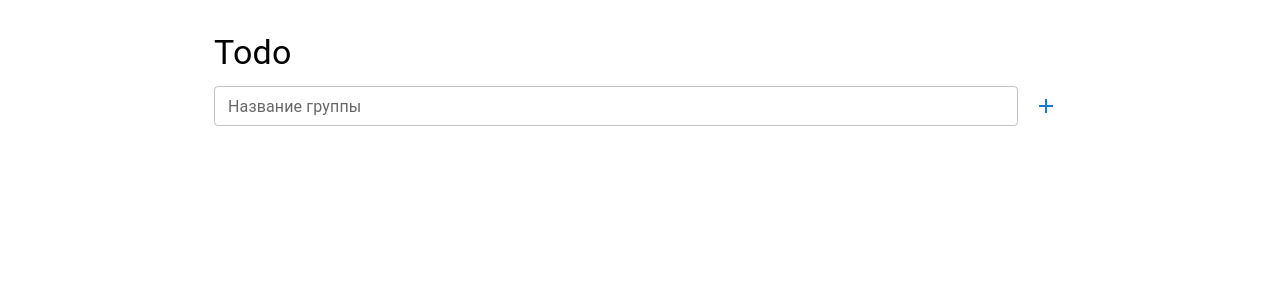
Repository: Burnmyheart/todo-app
Page: /
An editor plug-in stored every save of this project. The page is shown before and after the next save, followed by the edit.
The browser window is 1280 px wide. The pictures show the whole page.
The project was rebuilt for these pictures with package versions that can differ from the ones it lists, and the page was loaded fresh each time. Also part of the build but not shown: vite.config.ts, src/components/TodoItem/TodoItem.tsx, src/components/TodoList/TodoList.tsx.

Above is the page before, as saved 2025-09-20 01:57:19.

### src/index.css
/* Сброс браузерных стилей */
* {
  margin: 0;
  padding: 0;
  box-sizing: border-box;
}

html, body, #root {
  width: 100%;
  height: 100%;
  font-family: system-ui, -apple-system, BlinkMacSystemFont, "Segoe UI", Roboto, Helvetica, Arial, sans-serif;
  background-color: #fff;
  color: #000;
}


a {
  color: inherit;
  text-decoration: none;
}


button {
  font-family: inherit;
  font-size: 1rem;
  cursor: pointer;
  border: none;
  background: none;
}


h1, h2, h3, h4, h5, h6 {
  font-weight: 600;
}

### src/App.tsx
import React, { useState, useEffect } from "react";
import AddTodo from "./components/AddTodo/AddTodo";
import TodoList from "./components/TodoList/TodoList";
import { saveGroups, loadGroups } from "./utils/localStorage";
import type { TodoGroup } from "./types";
import { Container, Typography, Stack } from "@mui/material";

const App: React.FC = () => {
  const [groups, setGroups] = useState<TodoGroup[]>([]);

  useEffect(() => {
    setGroups(loadGroups());
  }, []);

  useEffect(() => {
    saveGroups(groups);
  }, [groups]);

  const addGroup = (title: string) => {
    if (!title.trim()) return;
    const newGroup: TodoGroup = {
      id: Date.now(),
      title,
      tasks: [],
      createdAt: new Date(),
    };
    setGroups((prev) => [...prev, newGroup]);
  };

  const updateGroup = (updated: TodoGroup) => {
    setGroups((prev) =>
      prev.map((group) => (group.id === updated.id ? updated : group))
    );
  };

  const moveGroup = (id: number, direction: "up" | "down") => {
    setGroups((prev) => {
      const idx = prev.findIndex((g) => g.id === id);
      if (idx === -1) return prev;

      const newGroups = [...prev];
      if (direction === "up" && idx > 0) {
        [newGroups[idx - 1], newGroups[idx]] = [newGroups[idx], newGroups[idx - 1]];
      }
      if (direction === "down" && idx < newGroups.length - 1) {
        [newGroups[idx + 1], newGroups[idx]] = [newGroups[idx], newGroups[idx + 1]];
      }
      return newGroups;
    });
  };

  return (
    <Container maxWidth="md" sx={{ py: 4 }}>
      <Typography variant="h4" gutterBottom>
        Todo
      </Typography>
      <AddTodo onAdd={addGroup} />
      <Stack spacing={2} mt={2}>
        {groups.map((group) => (
          <TodoList
            key={group.id}
            group={group}
            onUpdateGroup={updateGroup}
            onMoveGroup={moveGroup}
          />
        ))}
      </Stack>
    </Container>
  );
};

export default App;

### src/components/AddTodo/AddTodo.tsx
import React, { useState } from "react";
import { TextField, IconButton, Stack } from "@mui/material";
import AddIcon from "@mui/icons-material/Add";

interface AddTodoProps {
  onAdd: (title: string) => void;
}

const AddTodo: React.FC<AddTodoProps> = ({ onAdd }) => {
  const [title, setTitle] = useState("");

  const handleAdd = () => {
    if (!title.trim()) return;
    onAdd(title);
    setTitle("");
  };

  return (
    <Stack direction="row" spacing={1}>
      <TextField
        fullWidth
        size="small"
        label="Название группы"
        value={title}
        onChange={(e) => setTitle(e.target.value)}
      />
      <IconButton color="primary" onClick={handleAdd}>
        <AddIcon />
      </IconButton>
    </Stack>
  );
};

export default AddTodo;

### src/utils/localStorage.tsx
import type { TodoGroup } from "../types";

const GROUPS_KEY = "todoGroups";

export const saveGroups = (groups: TodoGroup[]) => {
  localStorage.setItem(GROUPS_KEY, JSON.stringify(groups));
};

export const loadGroups = (): TodoGroup[] => {
  const data = localStorage.getItem(GROUPS_KEY);
  return data ? JSON.parse(data) : [];
};

Loaded but not shown: index.html (common file); src/main.tsx (common file)

After the next save:
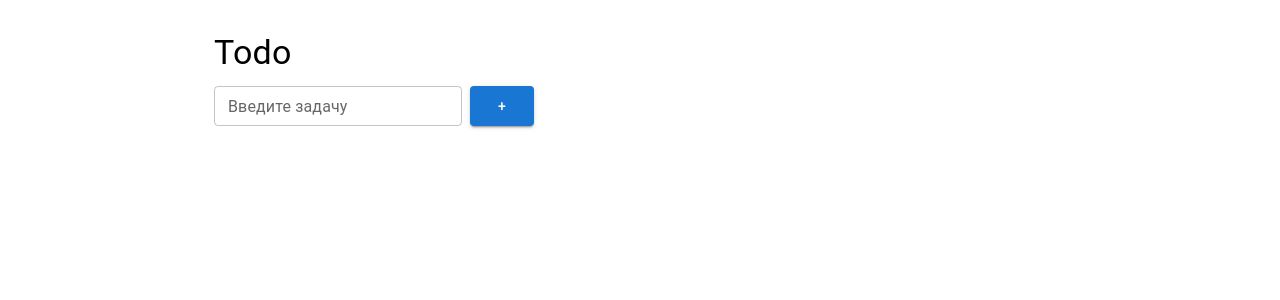
Saved 38 s later.
--- a/src/components/AddTodo/AddTodo.tsx
+++ b/src/components/AddTodo/AddTodo.tsx
@@ -1,32 +1,41 @@
 import React, { useState } from "react";
-import { TextField, IconButton, Stack } from "@mui/material";
-import AddIcon from "@mui/icons-material/Add";
+import { TextField, Button, Stack } from "@mui/material";
 
 interface AddTodoProps {
-  onAdd: (title: string) => void;
+  onAdd: (text: string) => void;
+  placeholder?: string; // ✅ добавляем поддержку placeholder
 }
 
-const AddTodo: React.FC<AddTodoProps> = ({ onAdd }) => {
-  const [title, setTitle] = useState("");
+const AddTodo: React.FC<AddTodoProps> = ({ onAdd, placeholder }) => {
+  const [value, setValue] = useState("");
+  const [error, setError] = useState(false);
 
   const handleAdd = () => {
-    if (!title.trim()) return;
-    onAdd(title);
-    setTitle("");
+    if (!value.trim()) {
+      setError(true);
+      return;
+    }
+    onAdd(value);
+    setValue("");
+    setError(false);
   };
 
   return (
-    <Stack direction="row" spacing={1}>
+    <Stack direction="row" spacing={1} sx={{ mt: 1, mb: 1 }}>
       <TextField
-        fullWidth
+        value={value}
+        onChange={(e) => {
+          setValue(e.target.value);
+          setError(false);
+        }}
         size="small"
-        label="Название группы"
-        value={title}
-        onChange={(e) => setTitle(e.target.value)}
+        label={placeholder || "Введите задачу"} // ✅ используем placeholder
+        error={error}
+        helperText={error ? "Поле не может быть пустым" : ""}
       />
-      <IconButton color="primary" onClick={handleAdd}>
-        <AddIcon />
-      </IconButton>
+      <Button variant="contained" onClick={handleAdd}>
+        +
+      </Button>
     </Stack>
   );
 };
